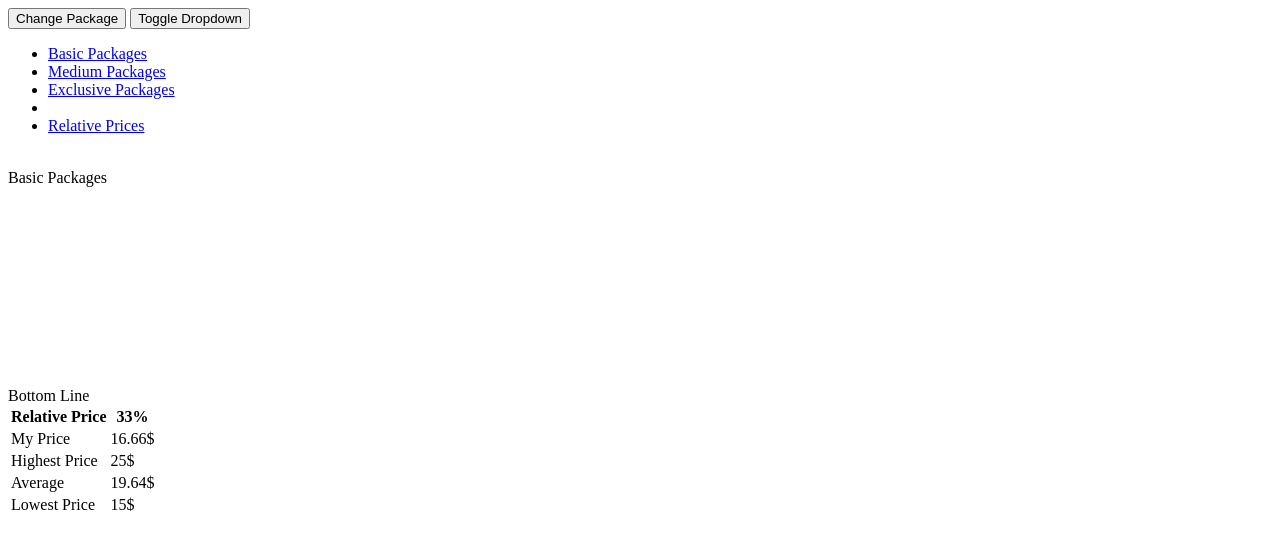
Repository: netaosman/Price-try-course
Page: prixceFrontEnd/src/main/webapp/Prixce_FrontEnd/HTML/Market/pricesPack/BasicPackages.html
The author's editor kept a copy of each file at every save. The page is drawn from the files as they stood at one save, then again after the next save.
The browser window is 1280 px wide. The pictures show the whole page.

Above is the page before, as saved 2017-09-24 13:52:39.

### prixceFrontEnd/src/main/webapp/Prixce_FrontEnd/HTML/Market/pricesPack/BasicPackages.html
<!--  <p class="sub-header">Exclusive Packages</p>-->

<div class="container-fluid">
	<div class="dropdown">
		<!-- Split button -->
		<div class="btn-group">
			<button type="button" class="btn btn-default">Change Package</button>
			<button type="button" class="btn btn-default dropdown-toggle"
				data-toggle="dropdown" aria-haspopup="true" aria-expanded="false">
				<span class="caret"></span> <span class="sr-only">Toggle
					Dropdown</span>
			</button>
			<ul class="dropdown-menu">
				<li><a href="#/BasicPackages">Basic Packages</a></li>
				<li><a href="#/MedPackages">Medium Packages</a></li>
				<li><a href="#/HighPackages">Exclusive Packages</a></li>
				<li role="separator" class="divider"></li>
				<li><a href="#/RelativePrices">Relative Prices</a></li>
			</ul>
		</div>
	</div>
	<br>
	<div class="row placeholders">
		<div class="col-xs-12 col-md-8" ng-controller="PricesBasicCtrl">
			<div class="panel panel-default-1">
				<div class="panel-heading">Basic Packages</div>
				<div class="panel-body">
					<!-- <div class="panel-title">Prices</div> -->
					<canvas id="base" class="chart-horizontal-bar" chart-data="data"
						chart-labels="labels" chart-colors="colors" height="200">
                                </canvas>
				</div>
			</div>
		</div>
		<div class="col-xs-12 col-md-4">
			<div class="panel panel-default-1">
				<div class="panel-heading">Bottom Line</div>
				<div class="panel-body">
					<table class="table">
						<thead>
							<tr>
								<th class="relative">Relative Price</th>
								<th class="relative-price">33%</th>
							</tr>
						</thead>
						<tbody>
							<tr>
								<td class="title-prices"><span
									class="glyphicon glyphicon-hand-right" aria-hidden="true"></span>
									My Price</td>
								<td class="prices">16.66$</td>
							</tr>
							<tr>
								<td class="title-prices"><span
									class="glyphicon glyphicon-hand-up" aria-hidden="true"></span>
									Highest Price</td>
								<td class="prices">25$</td>
							</tr>
							<tr>
								<td class="title-prices"><span
									class="glyphicon glyphicon-hand-left" aria-hidden="true"></span>
									Average</td>
								<td class="prices">19.64$</td>
							</tr>
							<tr>
								<td class="title-prices"><span
									class="glyphicon glyphicon-thumbs-down" aria-hidden="true"></span>
									Lowest Price</td>
								<td class="prices">15$</td>
							</tr>
						</tbody>
					</table>
				</div>
			</div>
		</div>
	</div>
</div>

After the next save:
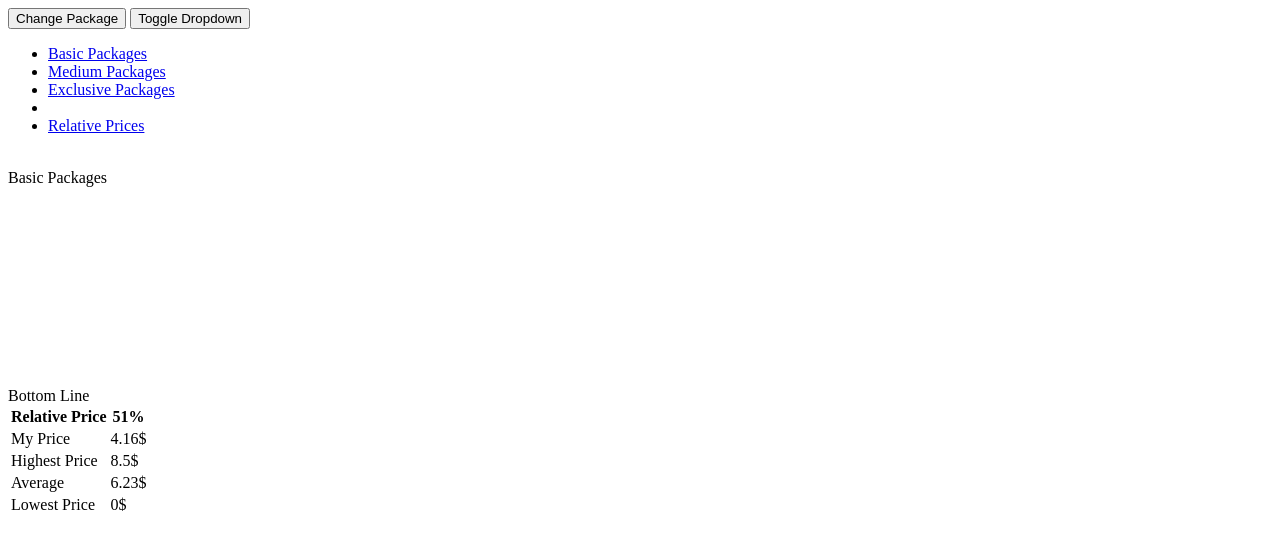
Saved 81 s later.
--- a/prixceFrontEnd/src/main/webapp/Prixce_FrontEnd/HTML/Market/pricesPack/BasicPackages.html
+++ b/prixceFrontEnd/src/main/webapp/Prixce_FrontEnd/HTML/Market/pricesPack/BasicPackages.html
@@ -33,45 +33,42 @@
 			</div>
 		</div>
 		<div class="col-xs-12 col-md-4">
-			<div class="panel panel-default-1">
-				<div class="panel-heading">Bottom Line</div>
-				<div class="panel-body">
-					<table class="table">
-						<thead>
-							<tr>
-								<th class="relative">Relative Price</th>
-								<th class="relative-price">33%</th>
-							</tr>
-						</thead>
-						<tbody>
-							<tr>
-								<td class="title-prices"><span
-									class="glyphicon glyphicon-hand-right" aria-hidden="true"></span>
-									My Price</td>
-								<td class="prices">16.66$</td>
-							</tr>
-							<tr>
-								<td class="title-prices"><span
-									class="glyphicon glyphicon-hand-up" aria-hidden="true"></span>
-									Highest Price</td>
-								<td class="prices">25$</td>
-							</tr>
-							<tr>
-								<td class="title-prices"><span
-									class="glyphicon glyphicon-hand-left" aria-hidden="true"></span>
-									Average</td>
-								<td class="prices">19.64$</td>
-							</tr>
-							<tr>
-								<td class="title-prices"><span
-									class="glyphicon glyphicon-thumbs-down" aria-hidden="true"></span>
-									Lowest Price</td>
-								<td class="prices">15$</td>
-							</tr>
-						</tbody>
-					</table>
-				</div>
-			</div>
-		</div>
+                        <div class="panel panel-default-1">
+                            <div class="panel-heading">Bottom Line</div>
+                            <div class="panel-body">
+                                <table class="table">
+                                    <thead>
+                                        <tr>
+                                            <th class="relative">Relative Price</th>
+                                            <th class="relative-price">51%</th>
+                                        </tr>
+                                    </thead>
+                                    <tbody>
+                                        <tr>
+                                            <td class="title-prices"><span class="glyphicon glyphicon-hand-right" aria-hidden="true"></span> My Price</td>
+                                            <td class="prices">4.16$</td>
+                                        </tr>
+                                        <tr>
+                                            <td class="title-prices"><span class="glyphicon glyphicon-hand-up" aria-hidden="true"></span> Highest
+                                                Price
+                                            </td>
+                                            <td class="prices">8.5$</td>
+                                        </tr>
+                                        <tr>
+                                            <td class="title-prices"><span class="glyphicon glyphicon-hand-left" aria-hidden="true"></span> Average</td>
+                                            <td class="prices">6.23$</td>
+                                        </tr>
+                                        <tr>
+                                            <td class="title-prices"><span class="glyphicon glyphicon-thumbs-down" aria-hidden="true"></span> Lowest
+                                                Price
+                                            </td>
+                                            <td class="prices">0$</td>
+                                        </tr>
+                                    </tbody>
+
+                                </table>
+                            </div>
+                        </div>
+                    </div>
 	</div>
 </div>
